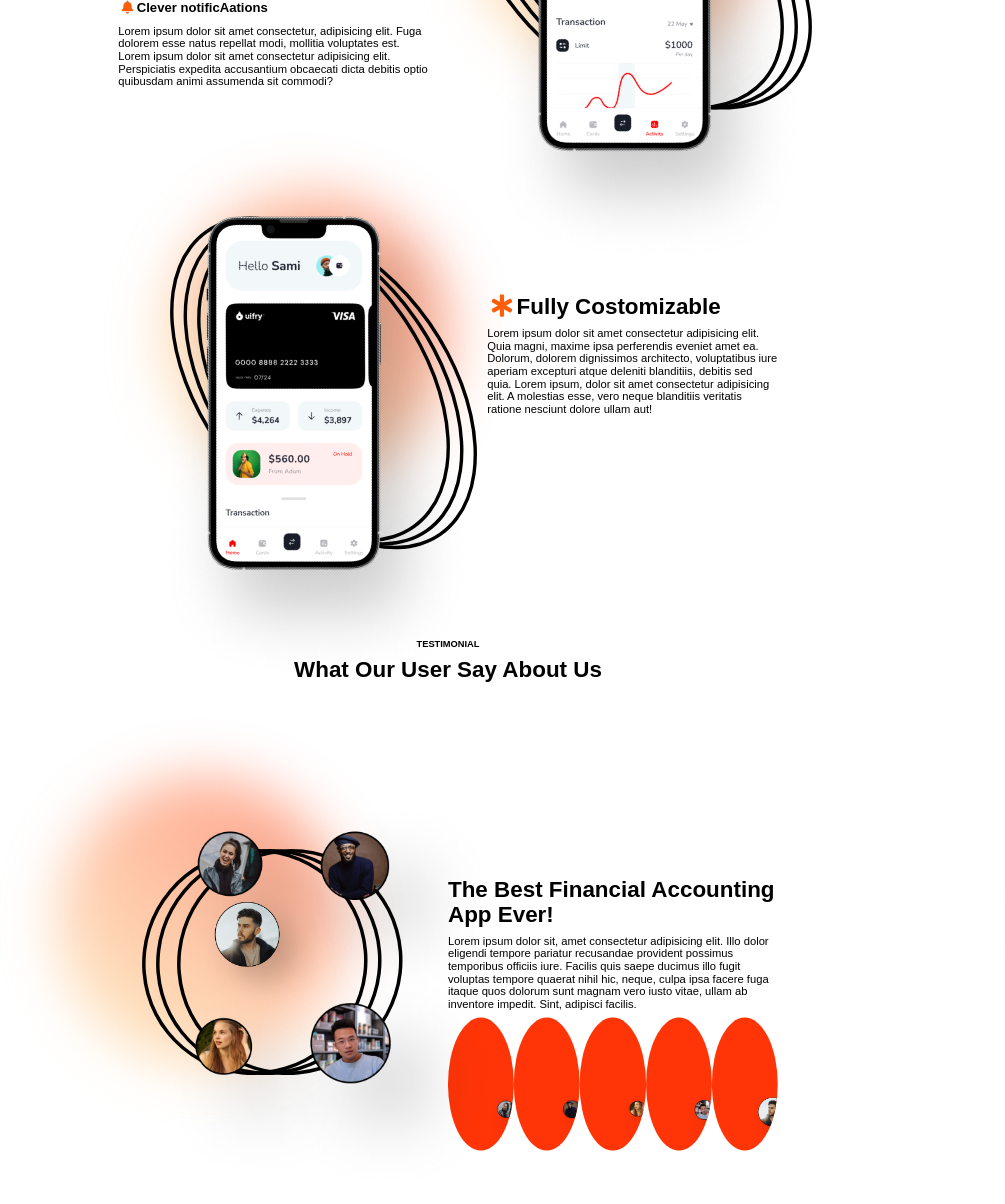
Repository: sakshambansal7/Uifry
Page: index.html
The author's editor kept a copy of each file at every save. The page is drawn from the files as they stood at one save, then again after the next save.
The browser window is 1280 px wide. The page is 1435 px wide, so the pictures cover 1435 px, including what lies to the right of the window. The pictures show the part of the page from y = 1714 to 3434 px (the page is 3434 px tall), at 70% of full size.
Some web libraries are served in a nearby version.

Above is the page before, as saved 2024-06-12 22:36:15.

After the next save:
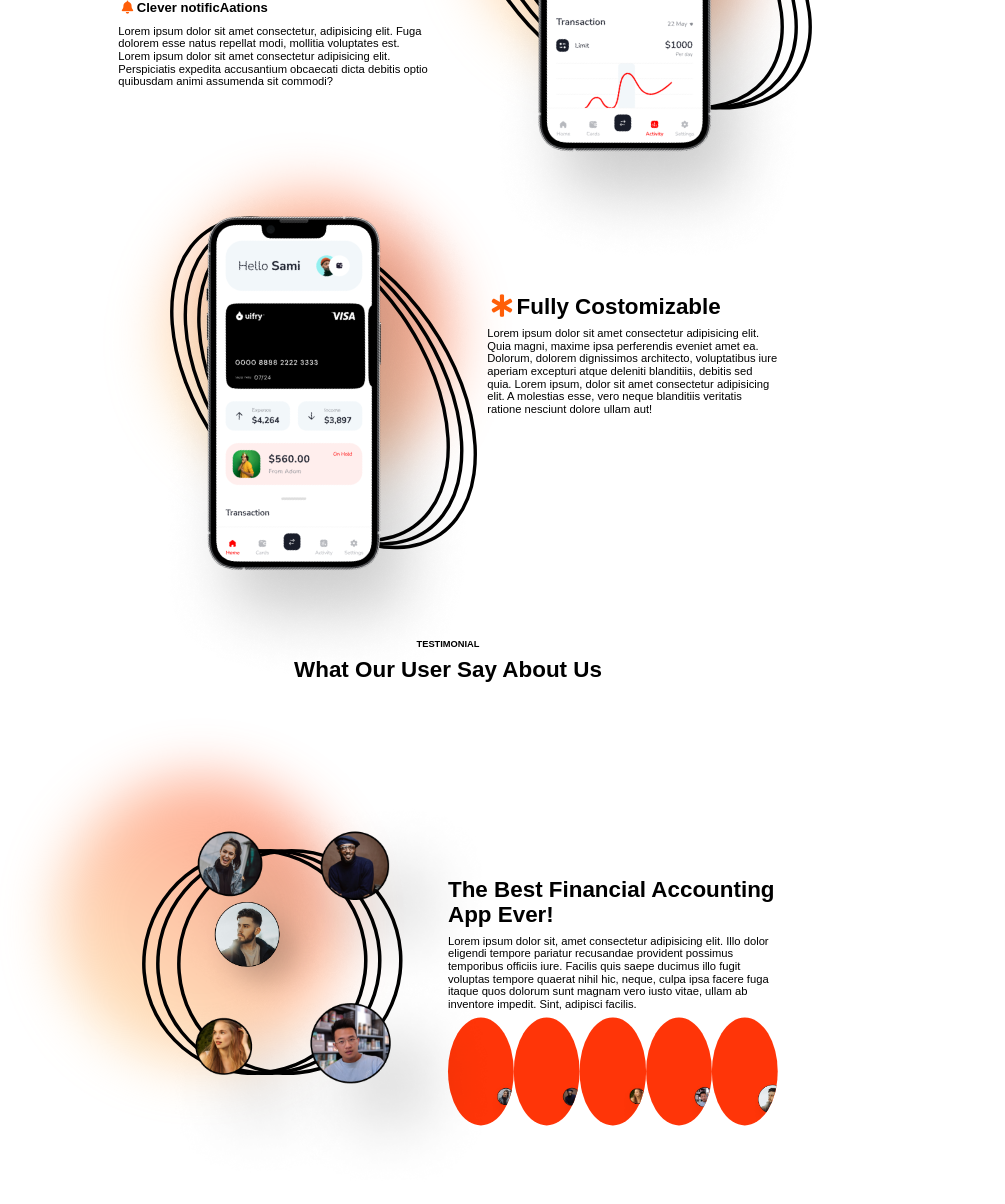
Saved 7 s later.
--- a/style.css
+++ b/style.css
@@ -424,7 +424,7 @@ nav a {
   align-items: center;
   justify-content: center;
   width: 25vh;
-  height: 25vh;
+  height: 20vh;
   border-radius: 50%;
   overflow: hidden; /* Ensure the images fit within the circular divs */
 
